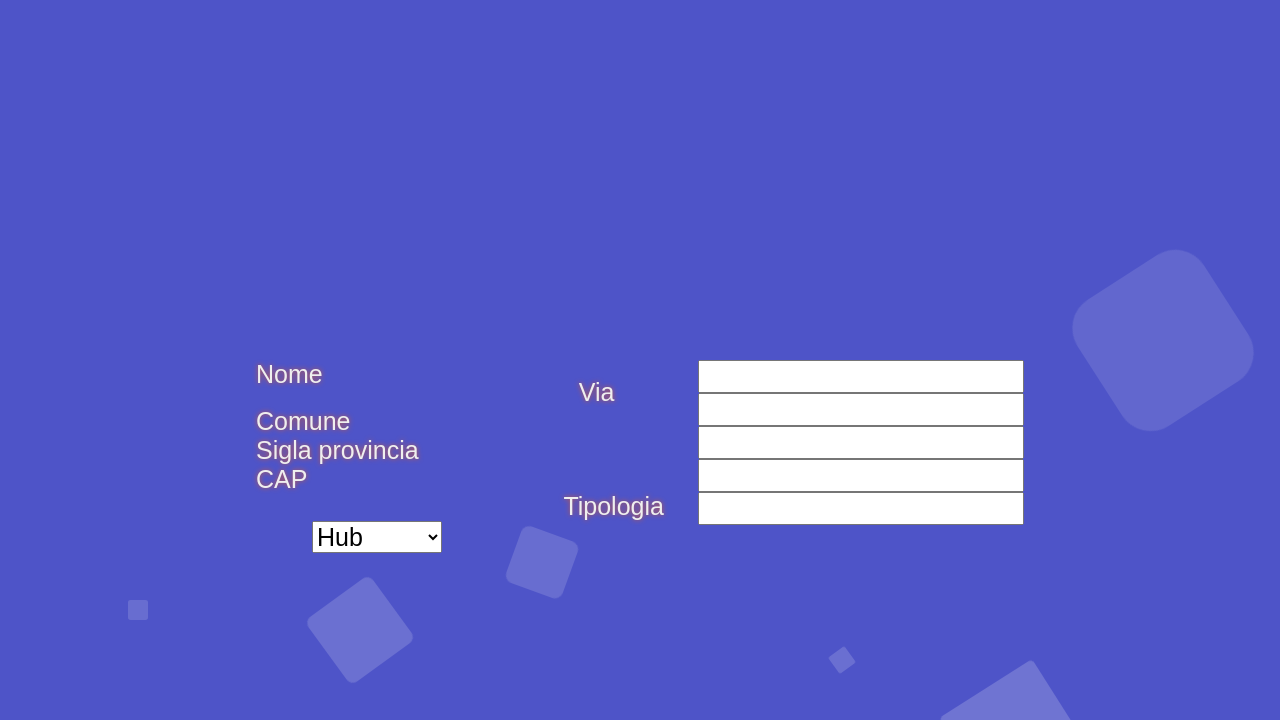
Repository: Jok98/CentriVaccinaliWebApp
Page: http://localhost/CentriVaccinaliOperatori/iscrizionecentrovax.jsp
These files come from the project's save history. The page is drawn as it stood at one moment and after the next save; the edit follows.
The browser window is 1280 px wide. The pictures show the whole page.
Some web fonts or font styles are not loaded; a fallback is used. The page is served by Tomcat 9.

Above is the page before, as saved 2022-09-24 16:03:02.

After the next save:
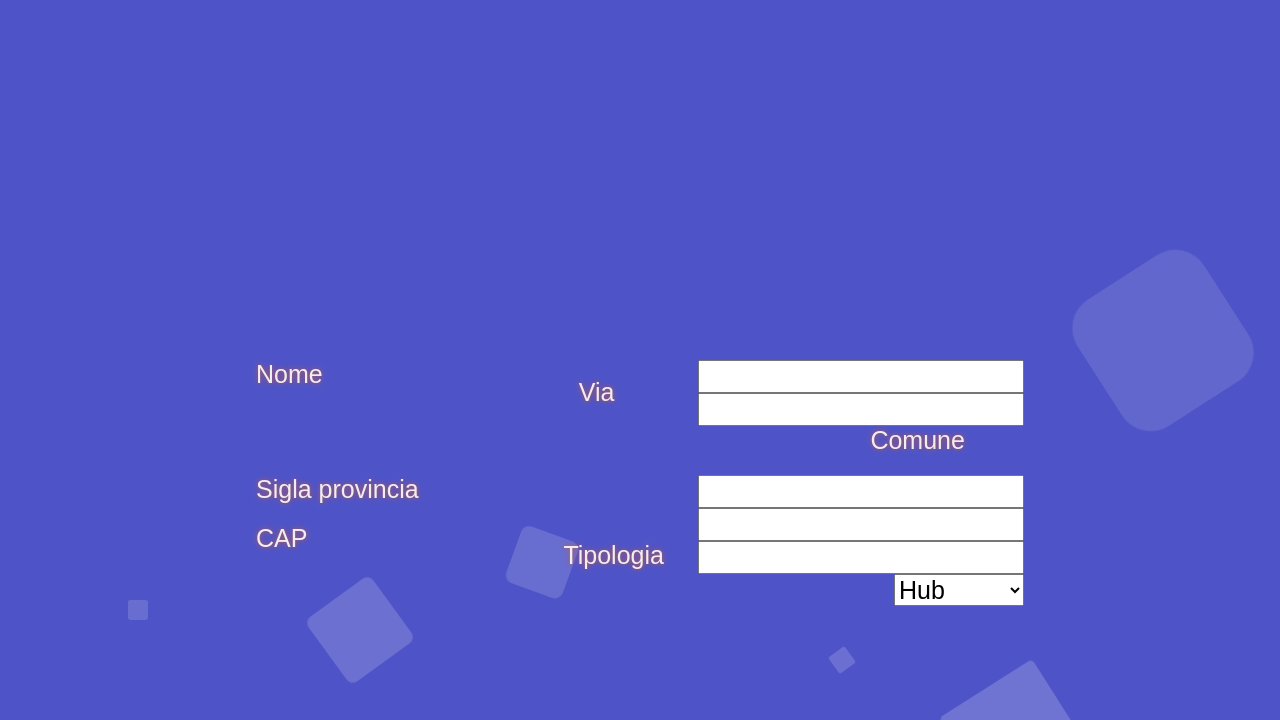
Saved 113 s later.
--- a/CentriVaccinaliOperatori/src/main/webapp/css/form.css
+++ b/CentriVaccinaliOperatori/src/main/webapp/css/form.css
@@ -32,7 +32,7 @@
 	font-size: 25px;
 	float: left;
 	margin-left: 20%;
-
+	margin-bottom :20px;
 	text-shadow: 0px 0px 5px #CE5937;
 	color: #EFEFEF;
 }
